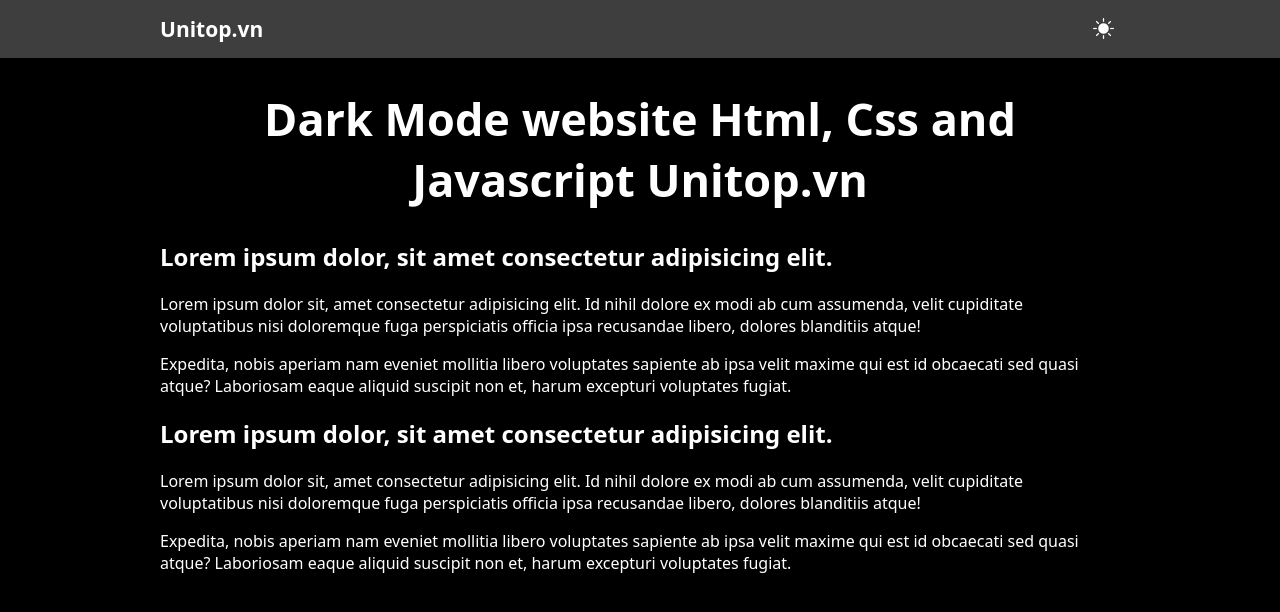
Repository: ducdatit2002/dark-mode-demo
Page: index.html
These files come from the project's save history. The page is drawn as it stood at one moment and after the next save; the edit follows.
The browser window is 1280 px wide. The pictures show the whole page.
After loading, the first visible `i.bi` was clicked once.

Above is the page before, as saved 2023-08-22 16:52:43.

### index.html
<!DOCTYPE html>
<html lang="en">
<head>
   <meta charset="UTF-8">
   <meta http-equiv="X-UA-Compatible" content="IE=edge">
   <meta name="viewport" content="width=device-width, initial-scale=1.0">
   <title>Dark Mode</title>
   <link rel="stylesheet" href="./index.css">
</head>
<body class="">
   <div id="wrapper">
      <div id="header">
         <div class="container d-flex justify-content-between align-items-center">
            <a href="" id="logo">Unitop.vn</a>
            <button id="switch-mode">
               <i class="bi bi-moon-stars-fill"></i>
            </button>
         </div>
      </div>
      <div id="content" class="container">
         <h1>Dark Mode website Html, Css and Javascript Unitop.vn</h1>
         <h2>Lorem ipsum dolor, sit amet consectetur adipisicing elit.</h2>
         <p>Lorem ipsum dolor sit, amet consectetur adipisicing elit. Id nihil dolore ex modi ab cum assumenda, velit cupiditate voluptatibus nisi doloremque fuga perspiciatis officia ipsa recusandae libero, dolores blanditiis atque!</p>
         <p>Expedita, nobis aperiam nam eveniet mollitia libero voluptates sapiente ab ipsa velit maxime qui est id obcaecati sed quasi atque? Laboriosam eaque aliquid suscipit non et, harum excepturi voluptates fugiat.</p>
         <h2>Lorem ipsum dolor, sit amet consectetur adipisicing elit.</h2>
         <p>Lorem ipsum dolor sit, amet consectetur adipisicing elit. Id nihil dolore ex modi ab cum assumenda, velit cupiditate voluptatibus nisi doloremque fuga perspiciatis officia ipsa recusandae libero, dolores blanditiis atque!</p>
         <p>Expedita, nobis aperiam nam eveniet mollitia libero voluptates sapiente ab ipsa velit maxime qui est id obcaecati sed quasi atque? Laboriosam eaque aliquid suscipit non et, harum excepturi voluptates fugiat.</p>
      </div>
   </div>

</body>
<script>
   const body = document.body;
   const switch_mode = document.querySelector('#switch-mode i');
   // Load mode
   let mode = localStorage.getItem('darkmode');
   if(mode=='true'){
      body.classList.add('dark');
      switch_mode.className = "bi bi-brightness-high-fill";
   }
   switch_mode.addEventListener('click', () =>{
      switch_mode.classList.toggle('bi-moon-stars-fill');
      switch_mode.classList.toggle('bi-brightness-high-fill');
      let mode = body.classList.toggle('dark');
      // save mode
      localStorage.setItem('darkmode', mode);
   });
</script>
</html>

### index.css
 @import url("https://cdn.jsdelivr.net/npm/bootstrap-icons@1.10.3/font/bootstrap-icons.css");
      body{
         margin: 0;
         font-family: system-ui, -apple-system, BlinkMacSystemFont, 'Segoe UI', Roboto, Oxygen, Ubuntu, Cantarell, 'Open Sans', 'Helvetica Neue', sans-serif;
      }
      .container{
         max-width: 960px;
         margin: 0 auto;
      }
      .d-flex{
         display: flex;
      }
      .justify-content-between{
         justify-content: space-between;
      }
      .align-items-center{
         align-items: center;
      }
      #header{
         background: #f5f5f5;
         padding: 15px 0px;
      }
      #header #logo{
         color: #333;
         text-decoration: none;
         font-size: 21px;
         font-weight: 600;
      }
      #header #switch-mode{
         outline: none;
         border: none;
         background: none;
         cursor: pointer;
      }
      #header #switch-mode i{
         font-size: 21px;
      }
      #content h1{
         text-align: center;
         font-size: 45px;
      }
      /* // Css Dark mode */
      body.dark{
         background: #000;
         color: #fff;
      }
      body.dark #header{
         background: #3f3e3e;
      }
      body.dark #header #logo{
         color: #fff;
      }
      body.dark #header #switch-mode{
         color: #fff;
      }

After the next save:
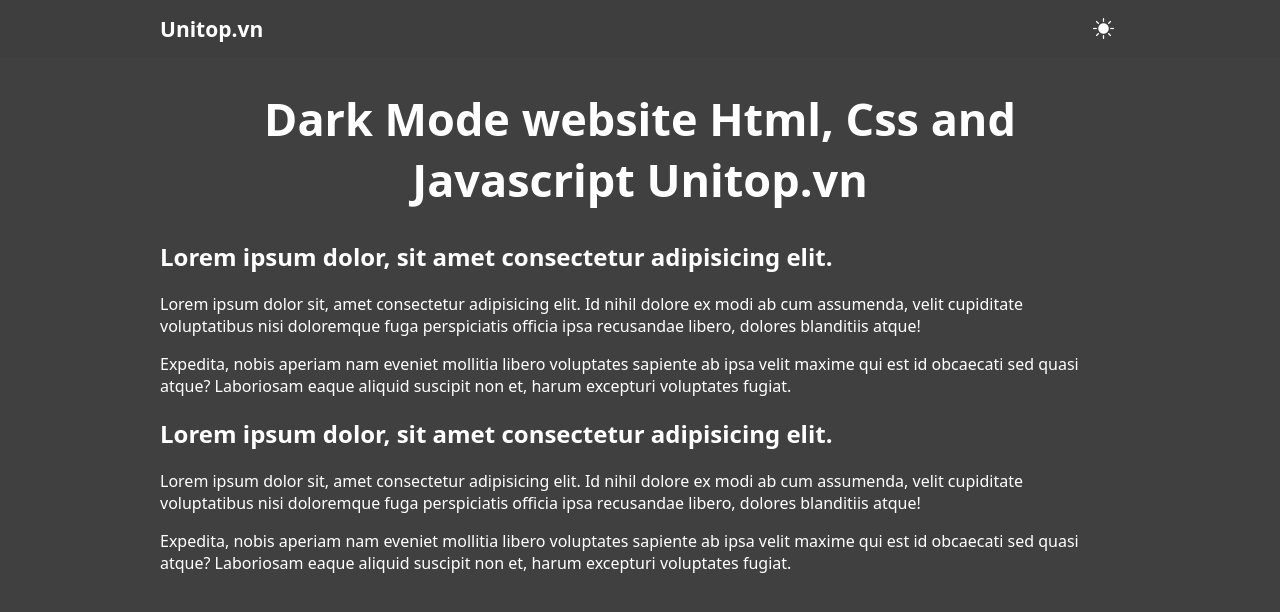
Saved 5 min 28 s later.
--- a/index.css
+++ b/index.css
@@ -41,7 +41,7 @@
       }
       /* // Css Dark mode */
       body.dark{
-         background: #000;
+         background: #404040;
          color: #fff;
       }
       body.dark #header{
